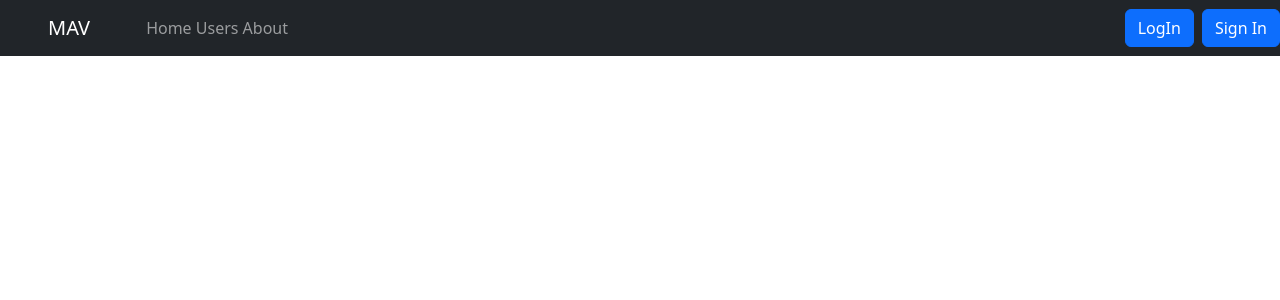
Repository: Dekabrist94/Bootstrap-First-Page
Page: /
The author's editor kept a copy of each file at every save. The page is drawn from the files as they stood at one save, then again after the next save.
The browser window is 1280 px wide. The pictures show the whole page.
The project was rebuilt for these pictures with package versions that can differ from the ones it lists, and the page was loaded fresh each time.

Above is the page before, as saved 2023-04-07 23:55:02.

### src/App.js
import React from 'react';
import { Navibar } from './components/Navibar';
import 'bootstrap/dist/css/bootstrap.min.css';

function App() {
  return <Navibar />;
}

export default App;

### src/components/Navibar.js
import React from 'react';
import { Nav, Navbar, Button, Link } from 'react-bootstrap';

export const Navibar = () => {
  return (
    <>
      <Navbar collapseOnSelect expand="lg" bg="dark" variant="dark">
        <Navbar.Brand className="ms-5 me-5">MAV</Navbar.Brand> {/*LOGO */}
        <Navbar.Toggle aria-controls="responsive-navbar-nav" /> {/* Svernut Menu */}
        <Navbar.Collapse id="responsive-navbar-nav">
          {/*Razvernut Menu */}
          <Nav className="me-auto">
            <Nav.Link>Home Users About</Nav.Link>
          </Nav>
          <Nav>
            <Button variant="primary" className=" me-2">
              LogIn
            </Button>
            <Button variant="primary">Sign In</Button>
          </Nav>
        </Navbar.Collapse>
      </Navbar>
    </>
  );
};

Loaded but not shown: public/index.html (common file); src/index.js (common file); src/index.css (common file); src/reportWebVitals.js (common file)

After the next save:
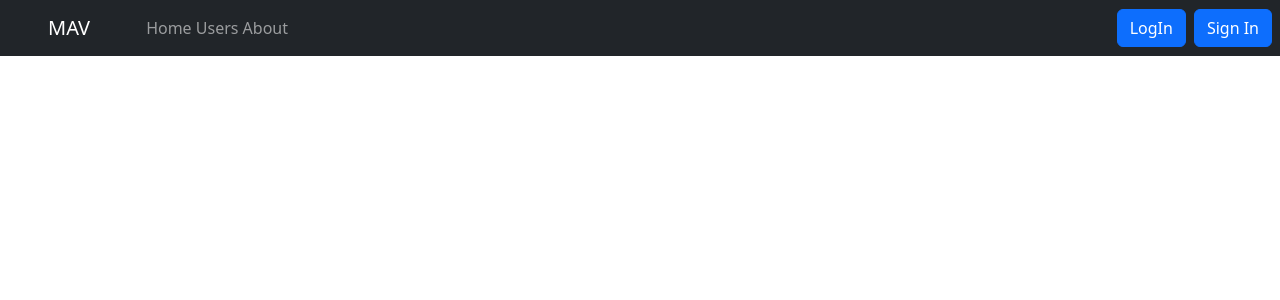
Saved 7 s later.
--- a/src/components/Navibar.js
+++ b/src/components/Navibar.js
@@ -12,7 +12,7 @@ export const Navibar = () => {
           <Nav className="me-auto">
             <Nav.Link>Home Users About</Nav.Link>
           </Nav>
-          <Nav>
+          <Nav className="me-2">
             <Button variant="primary" className=" me-2">
               LogIn
             </Button>
